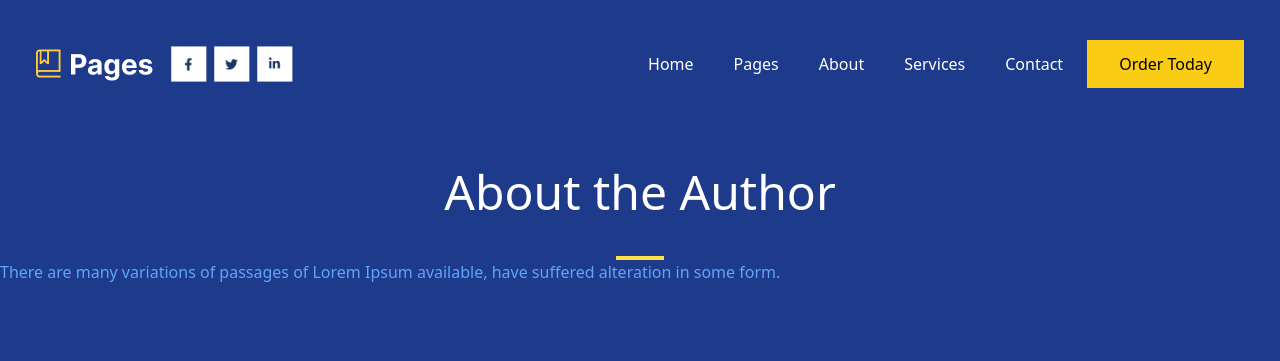
Repository: Godnorg/Class3
Page: index.html
An editor plug-in stored every save of this project. The page is shown before and after the next save, followed by the edit.
The browser window is 1280 px wide. The pictures show the whole page.
Some web libraries are served in a nearby version.

Above is the page before, as saved 2023-02-18 00:55:12.

After the next save:
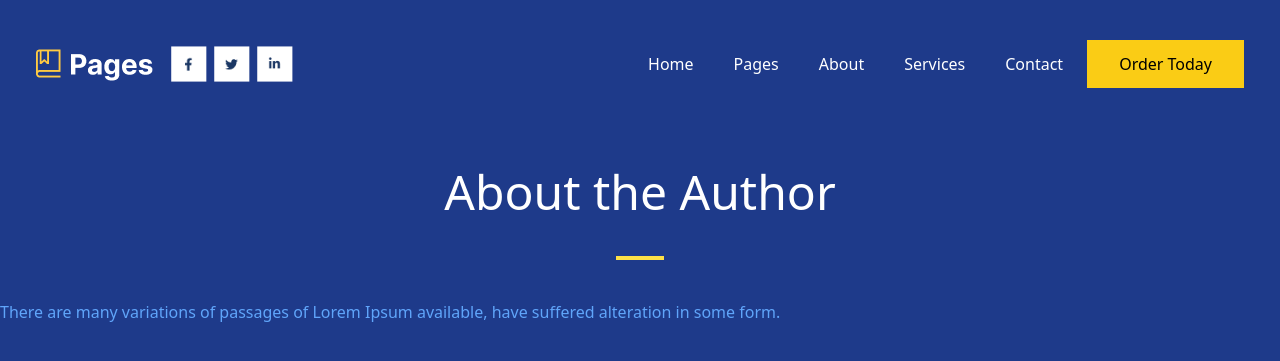
Saved 6 s later.
--- a/index.html
+++ b/index.html
@@ -28,7 +28,7 @@
         <div
             class="items-center w-12 h-1 mx-auto text-center bg-yellow-300">
         </div>
-        <p class="mx-auto text-blue-400 ">There are many variations of passages of Lorem Ipsum available, have suffered alteration in some form.</p>
+        <p class="pt-10 mx-auto text-blue-400">There are many variations of passages of Lorem Ipsum available, have suffered alteration in some form.</p>
 
 
 </body>
